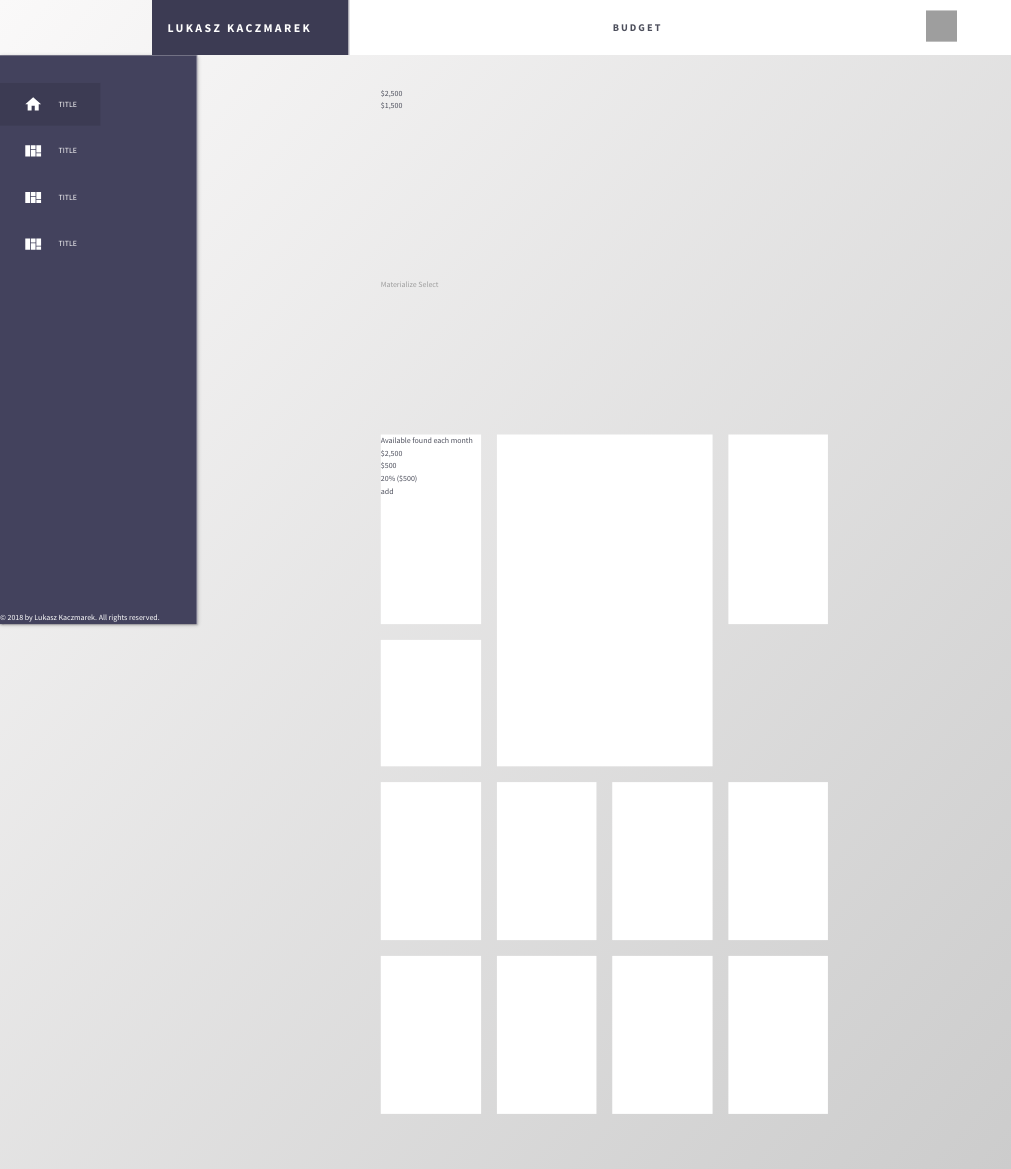
Repository: Archezi/BudgetApplication
Page: index.html
An editor plug-in stored every save of this project. The page is shown before and after the next save, followed by the edit.
The browser window is 1280 px wide. The pictures show the whole page, at 79% of full size.
Pictures or frames that could not be fetched are drawn as grey boxes. The style sheet was rebuilt from its Sass, Less or Tailwind sources for each picture, by a compiler version that may differ from the author's.

Above is the page before, as saved 2018-08-29 20:18:05.
Console error: ReferenceError: $ is not defined

### index.html
<!DOCTYPE html>
<html lang="en">
<head>
    <meta charset="UTF-8">
    <meta name="viewport" content="width=device-width, initial-scale=1.0">
    <meta http-equiv="X-UA-Compatible" content="ie=edge">
    <link href="https://fonts.googleapis.com/css?family=Source+Sans+Pro:300,400,700" rel="stylesheet">
    <!--Import Google Icon Font-->
    <link href="https://fonts.googleapis.com/icon?family=Material+Icons" rel="stylesheet">
    <!--Import materialize.css-->
    <link type="text/css" rel="stylesheet" href="css/materialize.min.css"  media="screen,projection"/>
    <!-- Website style.css-->
    <link rel="stylesheet" href="css/style.comp.css">

    <title>Budget Application</title>

</head>
<body>
   <div class="container">
        <header class="header">
            <div class="logo">
                <h1>Lukasz Kaczmarek</h1>
            </div>
            <div class="page_title">
                <h2>Budget</h2>
            </div>
            <div class="user-nav">
                <div class="user-nav__icon"></div>
                <div class="user-nav__profile">
                    <img src="https://source.unsplash.com/random/40x40" alt="">
                </div>
            </div>
        </header>

        <div class="content">
            <nav class="sidebar">
                <ul class="side-nav">
                    <li class="side-nav__item side-nav__item--active">
                        <a href="#" class="side-nav__link">
                                <svg class="side-nav__icon" style="width:24px;height:24px" viewBox="0 0 24 24">
                                    <path fill="#fff" d="M10,20V14H14V20H19V12H22L12,3L2,12H5V20H10Z" />
                                </svg>
                            <span>Title</span>
                        </a>
                    </li>
                    <li class="side-nav__item ">
                        <a href="#" class="side-nav__link">
                            <svg class="side-nav__icon" style="width:24px;height:24px" viewBox="0 0 24 24">
                                <path fill="#000000" d="M2,5V19H8V5H2M9,5V10H15V5H9M16,5V14H22V5H16M9,11V19H15V11H9M16,15V19H22V15H16Z" />
                            </svg>
                            <span>Title</span>
                        </a>
                    </li>
                    <li class="side-nav__item ">
                        <a href="#" class="side-nav__link">
                            <svg class="side-nav__icon" style="width:24px;height:24px" viewBox="0 0 24 24">
                                <path fill="#000000" d="M2,5V19H8V5H2M9,5V10H15V5H9M16,5V14H22V5H16M9,11V19H15V11H9M16,15V19H22V15H16Z" />
                            </svg>
                            <span>Title</span>
                        </a>
                    </li>
                    <li class="side-nav__item ">
                        <a href="#" class="side-nav__link">
                            <svg class="side-nav__icon" style="width:24px;height:24px" viewBox="0 0 24 24">
                                <path fill="#000000" d="M2,5V19H8V5H2M9,5V10H15V5H9M16,5V14H22V5H16M9,11V19H15V11H9M16,15V19H22V15H16Z" />
                            </svg>
                            <span>Title</span>
                        </a>
                    </li>
                </ul>

                <div class="legal">
                    &copy; 2018 by Lukasz Kaczmarek. All rights reserved.
                </div>
            </nav>

            <div class="main">

                <div class="overview">
                    <div class="total__available-founds"></div>
                    <div class="total__income">$2,500</div>
                    <div class="total__expenses">$1,500</div>
                </div>
                <div class="input-field">
                    <select>
                        <option value="" disabled selected>Choose your option</option>
                        <option value="1">Option 1</option>
                        <option value="2">Option 2</option>
                        <option value="3">Option 3</option>
                    </select>
                    <label>Materialize Select</label>
                </div>



                <div class="budget">
                    <div class="available-founds-panel">
                        <div class="available-founds__title">Available found each month</div>
                        <div class="available-found__value">$2,500</div>
                        <div class="available-found__deposit">$500</div>
                        <div class="available-found__deposit--percentage">20% ($500)</div>
                        <div class="available-found__btn add__btn">
                            <i></i>add
                        </div>
                    </div>
                    <div class="income-panel">
                    </div>
                    <div class="history-panel"></div>
                    <div class="expenses-panel"></div>
                </div>
                <div class="statistics">
                    <div class="net-profit-panel"></div>
                    <div class="tax-panel"></div>
                    <div class="savings-panel"></div>
                    <div class="projections"></div>

                </div>
                <div class="statistics">
                    <div class="net-profit-panel"></div>
                    <div class="tax-panel"></div>
                    <div class="savings-panel"></div>
                    <div class="projections"></div>

                </div>



            </div>


        </div>




   </div>

   <!-- Compiled and minified JavaScript -->
   <script src="https://cdnjs.cloudflare.com/ajax/libs/materialize/1.0.0-rc.2/js/materialize.min.js"></script>
   <script src="js/myscript.js"></script>
</body>
</html>

### js/myscript.js
$(document).ready(function(){
    $('select').formSelect();
  });

### sass/main.scss
@import "base/reset";
@import "base/base";
@import "base/typography";

@import "abstracts/variables";
@import "components/mainComponent";
@import "components/layout";

### sass/base/_base.scss
:root {
    --color-primary: #eb2f64;
    --color-primary-light: #FF3366;
    --color-primary-dark: #BA265D;

    --color-background-dark: #3C3B53;
    --color-background-light: #43425D;

    --color-grey-light-1: #faf9f9;
    --color-grey-light-2: #f4f2f2;
    --color-grey-light-3: #f0eeee;
    --color-grey-light-4: #ccc;

    --color-grey-dark-1: #333;
    --color-grey-dark-2: #4D4F5C;
    --color-grey-dark-3: #999;
    --color-white: #fff;
    --shadow-dark: 0 2rem 6rem rgba(0,0,0,.3);
    --shadow-light: 0 2rem 5rem rgba(0,0,0,.06);

    --line: 1px solid var(--color-grey-light-2);
}

$bp-largest: 75em;     // 1200px
$bp-large: 68.75em;    // 1100px
$bp-medium: 56.25em;   // 900px
$bp-small: 37.5em;     // 600px
$bp-smallest: 31.25em; // 500px

* {
    margin: 0;
    padding: 0;
}

*,
*::before,
*::after {
    box-sizing: inherit;
}

html {
    box-sizing: border-box;
    font-size: 62.5%; // 1rem = 10px, 10px/16px = 62.5%

    @media only screen and (max-width: $bp-large) {
        font-size: 50%;
    }
}

body {


    color: var(--color-grey-dark-2);
    background-image: linear-gradient(to right bottom, var(--color-grey-light-1), var(--color-grey-light-4));
    background-size: cover;
    background-repeat: no-repeat;

    min-height: 100vh;
}

### sass/base/_typography.scss
body {

    font-weight: 400;
    line-height: 1.6;
    font-family: 'Source Sans Pro', sans-serif;
    text-rendering: optimizeLegibility;
    -webkit-font-smoothing: antialiased;

}

### sass/abstracts/_variables.scss
$header-height: 7rem;
$sidebar-width: 25rem;
$main: calc(4rem + $header-height );
$fraction: 1fr;

### sass/components/_mainComponent.scss

//////////////////////////////////////////
// Header

.logo {
    width: 25rem;
    padding: 0 2rem;

    border-right: var(--line);
    background: var(--color-background-dark);
    h1 {

        align-self: center;
        font-size: 1.5rem;
        font-weight: 700;
        line-height: 2rem;
        letter-spacing: 0.2em;
        text-transform: uppercase;
        padding: 2.5rem 0;
        color: var(--color-white);

    }
}
.page_title {
    width: 30rem;
    text-align: center;
    h2 {
        font-size: 1.3rem;
        font-weight: 700;
        letter-spacing: 0.2em;
        text-transform: uppercase;
    }
}
.user-nav {
    width: 30rem;
}



.side-nav {
    font-size: 1.5rem;
    list-style: none;
    margin-top: 3.5rem;

    &__item {
        position: relative;

        &:not(:last-child) {
            margin-bottom: .5rem;
        }
    }
    &__item::before {
        content: "";
        position: absolute;
        top: 0;
        left: 0;
        height: 100%;
        width: 3px;
        background-color: var(--color-background-dark);
        transform: scaleY(0);
        transition: transform .2s,
                    width .4s cubic-bezier(1,0,0,1) .2s,
                    background-color .1s;
    }

    &__item:hover::before,
    &__item--active::before {
        transform: scaleY(1);
        width: 100%;
    }

    &__item:active::before {
        background-color: var(--color-background-light);
    }

    &__link:link,
    &__link:visited {
        color: var(--color-grey-light-1);
        text-decoration: none;
        text-transform: uppercase;
        display: block;
        padding: 1.5rem 3rem;
        position: relative;
        z-index: 10;

        display: flex;
        align-items: center;

        @media only screen and (max-width: $bp-medium) {
            justify-content: center;
            padding: 2rem;
        }

        @media only screen and (max-width: $bp-small) {
            flex-direction: column;
            padding: 1.5rem .5rem;
        }
    }

    &__icon {
        width: 1.75rem;
        height: 1.75rem;
        margin-right: 2rem;
        fill: currentColor;
        path {
            fill: #fff;
        }
        @media only screen and (max-width: $bp-small) {
            margin-right: 0;
            margin-bottom: .7rem;
            width: 1.5rem;
            height: 1.5rem;
        }
    }
}

### sass/components/_layout.scss
.web__container {
    max-width: 100% !important;
    min-height: 100vh;
    margin: 0 auto;

}

.header {
    height: $header-height;
    background: var(--color-white);
    position: fixed;
    top: 0;
    width: 100%;
    display: flex;
    justify-content: space-between;
    align-items: center;
    z-index: 1000;
}
.content {

}
.sidebar {
    border-right: var(--line);
    background-color: var(--color-background-light);
    position: fixed;
    left: 0;
    top: 0;
    width: 25rem;
    margin-top: $header-height;
    // width: 25rem;
    display: flex;
    flex-direction: column;
    justify-content: space-between;
    min-height: calc(100vh );
    z-index: 999;
}
.main {
    margin-top: $header-height;
    padding: 4rem 4rem 7rem 29rem;
    width: 100%;
    min-height: calc(100vh - 7rem);
    display: grid;
    grid-gap: 2rem;
    grid-auto-rows: minmax(20rem, auto);
    .budget {
        display: grid;
        grid-gap: 2rem;
        grid-template-columns: repeat(4, 1fr);
        grid-row: span 2;
        & > * {
            background: var(--color-white);
        }
        .history-panel {
            grid-column: 2 / span 2;
            grid-row: 1 / span 2;
            grid-auto-rows: $fraction;
        }
    }

    .statistics {
        display: grid;
        grid-gap: 2rem;
        grid-template-columns: repeat(4, 1fr);

        & > * {
            background: var(--color-white);
        }

    }
}
.footer {
    position: absolute;
    bottom: 0;
    background: var(--color-white);
    z-index: 1;
    height: $header-height;
    width: calc(100%);
    z-index: 100;
}

Loaded but not shown: css/materialize.min.css (library); sass/base/_reset.scss (common file)

After the next save:
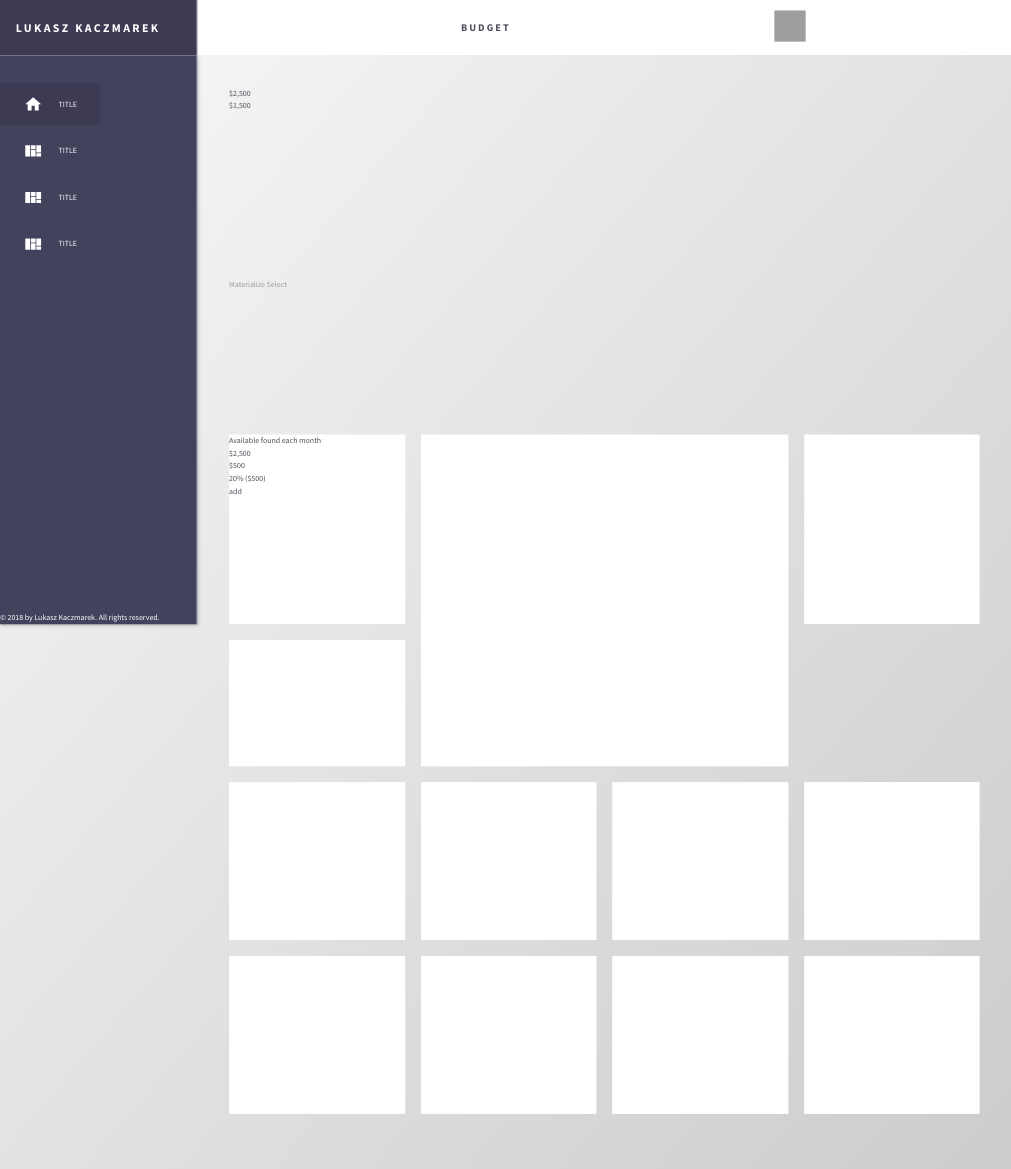
Saved 6 s later.
--- a/index.html
+++ b/index.html
@@ -16,7 +16,7 @@
 
 </head>
 <body>
-   <div class="container">
+   <div class="web__container">
         <header class="header">
             <div class="logo">
                 <h1>Lukasz Kaczmarek</h1>
